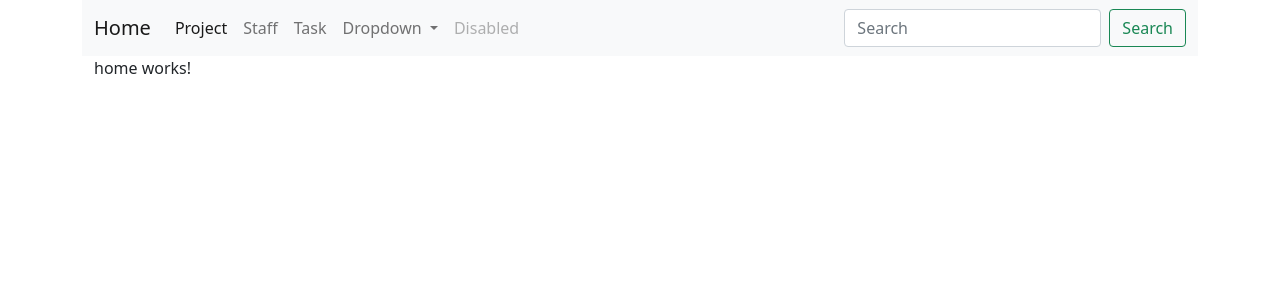
Repository: bro-gitcode/angularProject
Page: / (app in client/)
These files come from the project's save history. The page is drawn as it stood at one moment and after the next save; the edit follows.
The browser window is 1280 px wide. The pictures show the whole page.
The project was rebuilt for these pictures with package versions that can differ from the ones it lists, and the page was loaded fresh each time. Also part of the build but not shown: client/angular.json, client/src/app/list-project/list-project.component.ts, client/src/app/list-staff/list-staff.component.ts, client/src/app/list-task/list-task.component.ts, client/src/app/edit-project/edit-project.component.ts, client/src/app/edit-staff/edit-staff.component.ts, client/src/app/edit-task/edit-task.component.ts, client/src/app/not-found/not-found.component.ts.

Above is the page before, as saved 2024-06-16 19:41:54.

### client/src/index.html
<!doctype html>
<html lang="en">
<head>
  <meta charset="utf-8">
  <title>Client</title>
  <base href="/">
  <meta name="viewport" content="width=device-width, initial-scale=1">
  <link rel="icon" type="image/x-icon" href="favicon.ico">
  <link href="https://cdn.jsdelivr.net/npm/bootstrap@5.0.2/dist/css/bootstrap.min.css" rel="stylesheet" integrity="sha384-EVSTQN3/azprG1Anm3QDgpJLIm9Nao0Yz1ztcQTwFspd3yD65VohhpuuCOmLASjC" crossorigin="anonymous">
</head>
<body>
  <div class="container">
    <app-root></app-root>
  </div>
<script src="https://cdn.jsdelivr.net/npm/bootstrap@5.0.2/dist/js/bootstrap.bundle.min.js" integrity="sha384-MrcW6ZMFYlzcLA8Nl+NtUVF0sA7MsXsP1UyJoMp4YLEuNSfAP+JcXn/tWtIaxVXM" crossorigin="anonymous"></script>
</body>
</html>

### client/src/app/app.component.ts
import { Component } from '@angular/core';
import { RouterLink, RouterModule, RouterOutlet } from '@angular/router';

@Component({
  selector: 'app-root',
  standalone: true,
  imports: [RouterOutlet,RouterLink,RouterModule],
  templateUrl: './app.component.html',
  styleUrl: './app.component.css'
})
export class AppComponent {
  title = 'client';
}

### client/src/app/app.routes.ts
import { Routes } from '@angular/router';
import { HomeComponent } from './home/home.component';
import { ListProjectComponent } from './list-project/list-project.component';
import { ListStaffComponent } from './list-staff/list-staff.component';
import { ListTaskComponent } from './list-task/list-task.component';
import { EditProjectComponent } from './edit-project/edit-project.component';
import { EditStaffComponent } from './edit-staff/edit-staff.component';
import { EditTaskComponent } from './edit-task/edit-task.component';
import { NotFoundComponent } from './not-found/not-found.component';

export const routes: Routes = [
    {path:'',component: HomeComponent},
    {path:'project',component:ListProjectComponent},
    {path:'staff',component:ListStaffComponent},
    {path:'task',component:ListTaskComponent},
    {path:'project/edit/:id',component:EditProjectComponent},
    {path:'staff/edit/:id',component:EditStaffComponent},
    {path:'task/edit/:id',component:EditTaskComponent},
    {path:'**',component:NotFoundComponent},

];

### client/src/app/app.component.html
<nav class="navbar navbar-expand-lg navbar-light bg-light">
  <div class="container-fluid">
    <a class="navbar-brand" href="#" routerLink="/">Home</a>
    <button class="navbar-toggler" type="button" data-bs-toggle="collapse" data-bs-target="#navbarSupportedContent" aria-controls="navbarSupportedContent" aria-expanded="false" aria-label="Toggle navigation">
      <span class="navbar-toggler-icon"></span>
    </button>
    <div class="collapse navbar-collapse" id="navbarSupportedContent">
      <ul class="navbar-nav me-auto mb-2 mb-lg-0">
        <li class="nav-item">
          <a class="nav-link active" aria-current="page" href="#">Project</a>
        </li>
        <li class="nav-item">
          <a class="nav-link" href="#">Staff</a>
        </li>
        <li class="nav-item">
          <a class="nav-link" href="#">Task</a>
        </li>
        <li class="nav-item dropdown">
          <a class="nav-link dropdown-toggle" href="#" id="navbarDropdown" role="button" data-bs-toggle="dropdown" aria-expanded="false">
            Dropdown
          </a>
          <ul class="dropdown-menu" aria-labelledby="navbarDropdown">
            <li><a class="dropdown-item" href="#">Action</a></li>
            <li><a class="dropdown-item" href="#">Another action</a></li>
            <li><hr class="dropdown-divider"></li>
            <li><a class="dropdown-item" href="#">Something else here</a></li>
          </ul>
        </li>
        <li class="nav-item">
          <a class="nav-link disabled" href="#" tabindex="-1" aria-disabled="true">Disabled</a>
        </li>
      </ul>
      <form class="d-flex">
        <input class="form-control me-2" type="search" placeholder="Search" aria-label="Search">
        <button class="btn btn-outline-success" type="submit">Search</button>
      </form>
    </div>
  </div>
</nav>

<main class="container">
  <router-outlet></router-outlet>
</main>

Loaded but not shown: client/src/styles.css (common file); client/src/main.ts (common file); client/src/app/app.config.ts (common file); client/src/app/home/home.component.ts (common file); client/src/app/home/home.component.html (common file); client/src/app/app.component.css (no stored copy; drawn as an empty file); client/src/app/home/home.component.css (no stored copy; drawn as an empty file)

After the next save:
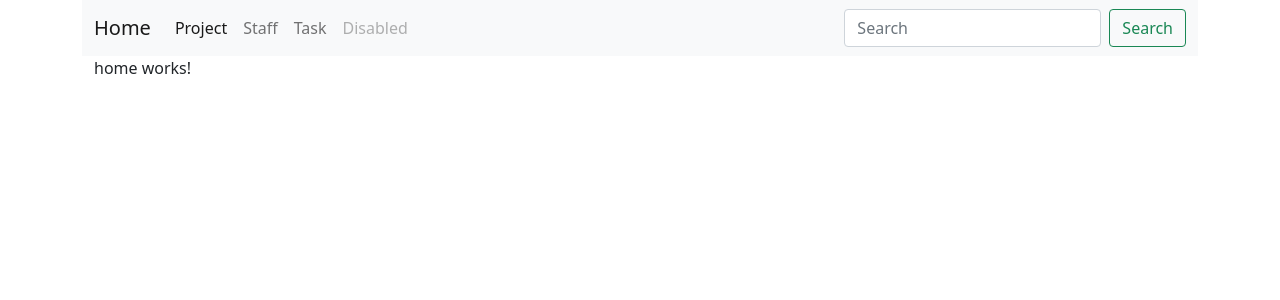
Saved 21 s later.
--- a/client/src/app/app.component.html
+++ b/client/src/app/app.component.html
@@ -15,7 +15,7 @@
         <li class="nav-item">
           <a class="nav-link" href="#">Task</a>
         </li>
-        <li class="nav-item dropdown">
+        <!-- <li class="nav-item dropdown">
           <a class="nav-link dropdown-toggle" href="#" id="navbarDropdown" role="button" data-bs-toggle="dropdown" aria-expanded="false">
             Dropdown
           </a>
@@ -25,7 +25,7 @@
             <li><hr class="dropdown-divider"></li>
             <li><a class="dropdown-item" href="#">Something else here</a></li>
           </ul>
-        </li>
+        </li> -->
         <li class="nav-item">
           <a class="nav-link disabled" href="#" tabindex="-1" aria-disabled="true">Disabled</a>
         </li>
